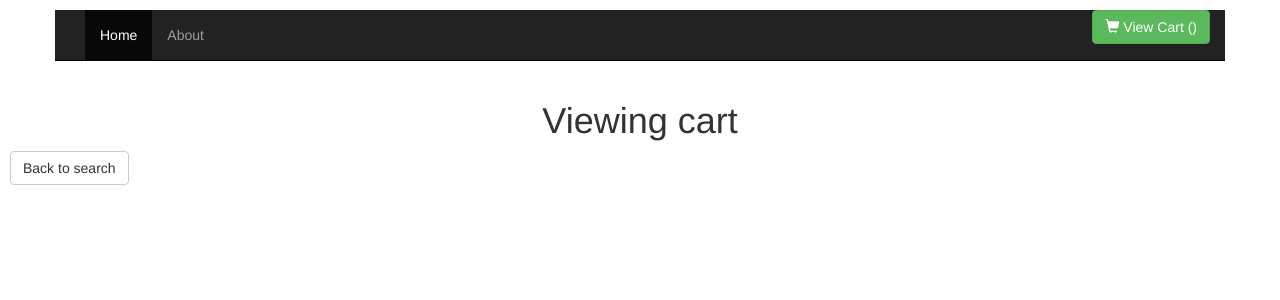
Repository: iancwwong/DigitalBibliographicalLibrary
Page: http://localhost/DigitalBibliographicLibrary/cartpage.jsp
An editor plug-in stored every save of this project. The page is shown before and after the next save, followed by the edit.
The browser window is 1280 px wide. The pictures show the whole page.
The page is served by Tomcat 9.

Above is the page before, as saved 2016-08-27 15:43:58.

After the next save:
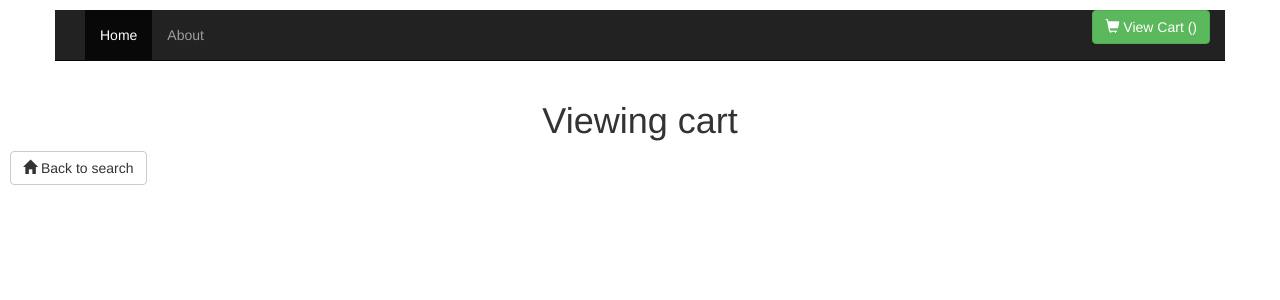
Saved 56 s later.
--- a/DigitalBibliographicLibrary/WebContent/cartpage.jsp
+++ b/DigitalBibliographicLibrary/WebContent/cartpage.jsp
@@ -37,6 +37,7 @@
 	<form action='control' method='POST'>
 		<input type='hidden' name="action" value="viewIndexPage"/>
 		<button type="submit" class="btn btn-default">
+			<span class="glyphicon glyphicon-home"></span>
 			Back to search
 		</button>
 	</form>
